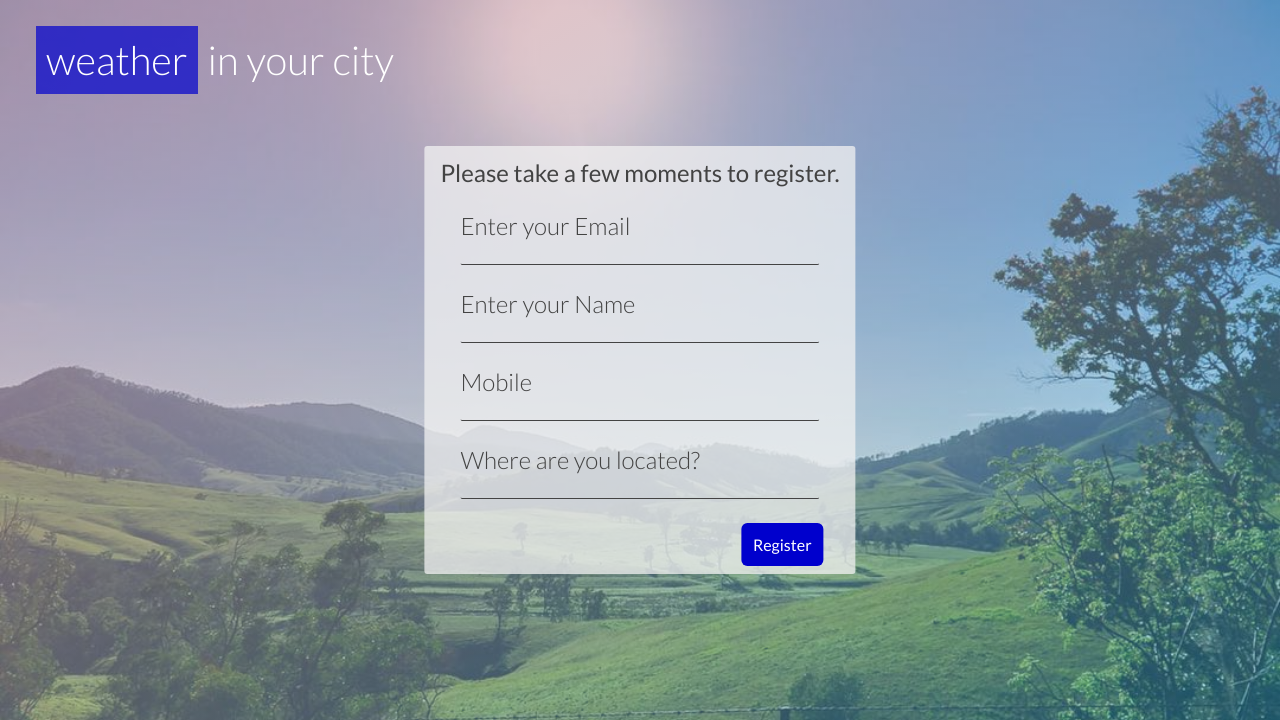
Repository: nosplashurinal/weather-app
Page: /
The author's editor kept a copy of each file at every save. The page is drawn from the files as they stood at one save, then again after the next save.
The browser window is 1280 px wide. The pictures show the whole page.
The project was rebuilt for these pictures with package versions that can differ from the ones it lists, and the page was loaded fresh each time. Also part of the build but not shown: src/components/RecentSearches.vue, src/components/Search.vue, src/components/WeatherDataBlock.vue, src/components/Login.vue.

Above is the page before, as saved 2018-12-31 18:19:50.

After the next save:
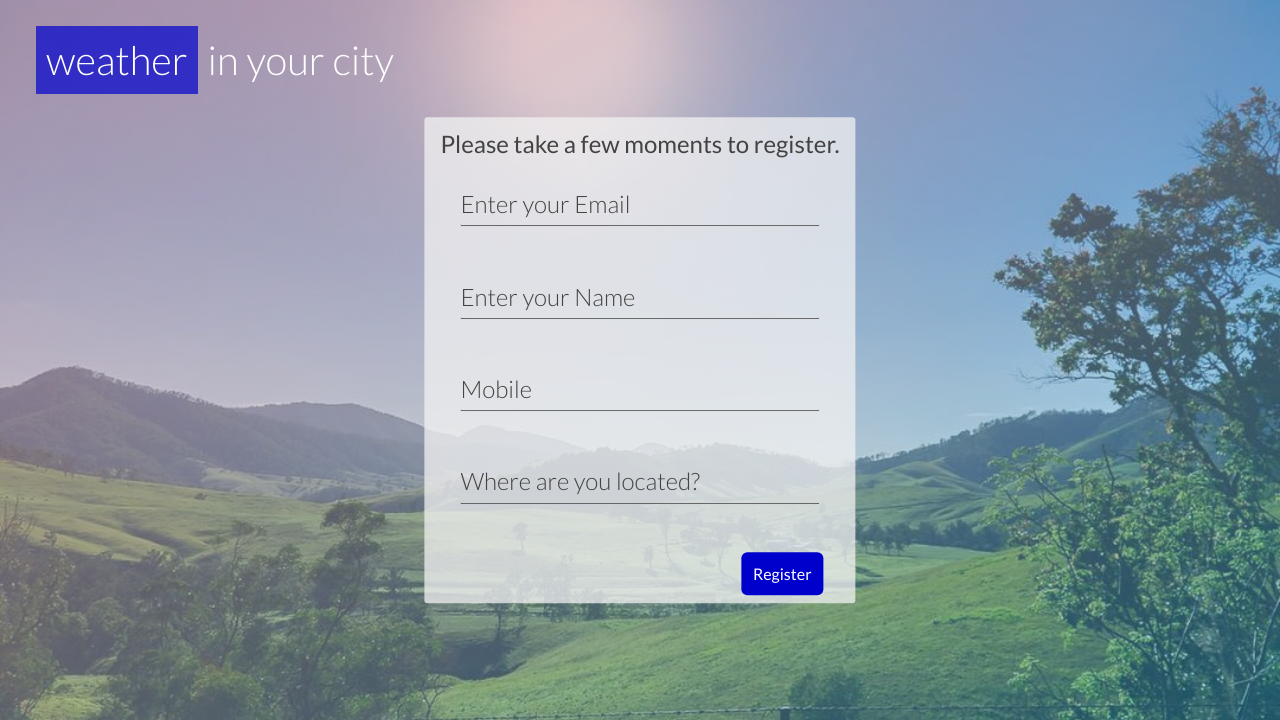
Saved 11 s later.
--- a/src/styles/registration.scss
+++ b/src/styles/registration.scss
@@ -37,8 +37,8 @@
       width: 100%;
       height: auto;
       padding: 0;
-      padding-bottom: 1em;
-      margin-bottom: 1em;
+      padding: 0.3em 0;
+      margin-bottom: 2em;
       &::focus {
         background: transparent;
         border: 0;
